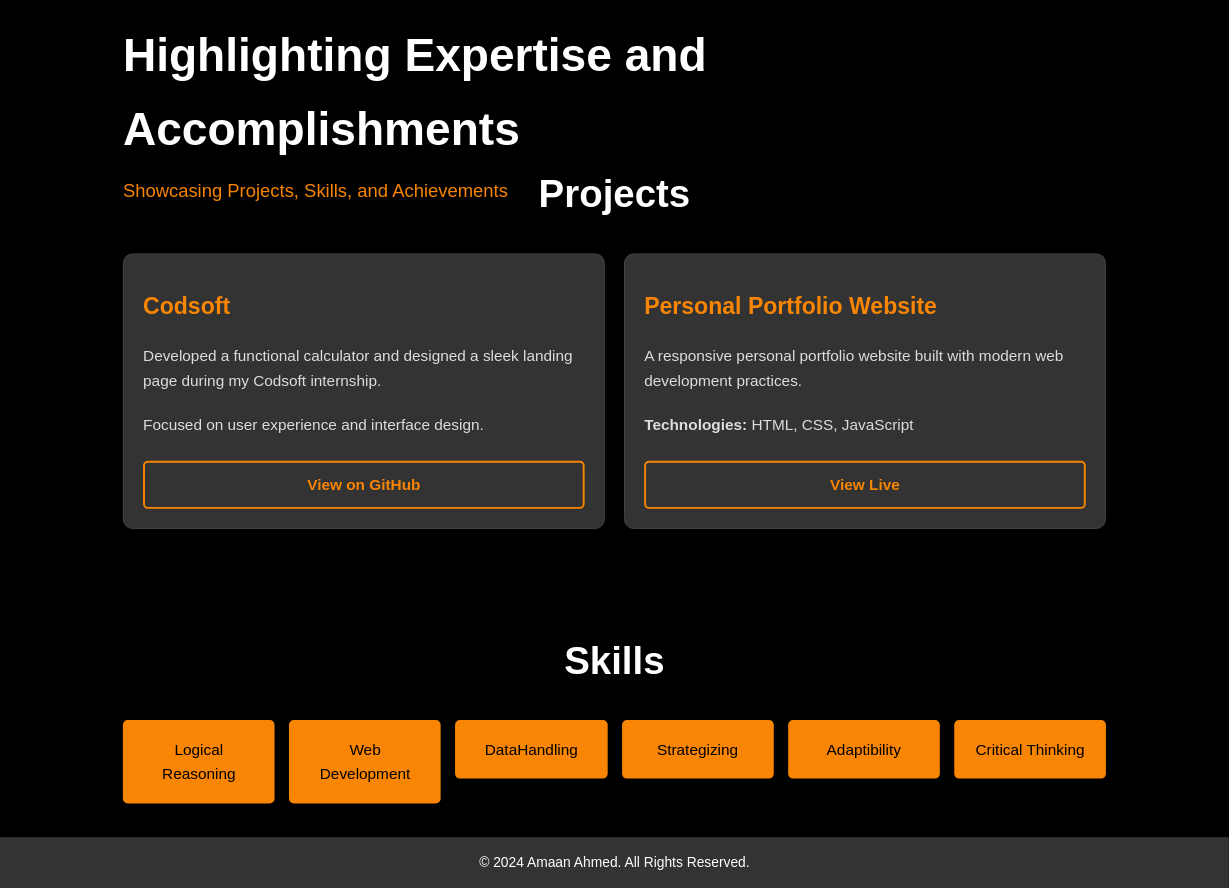
Repository: AmaanLucky/Portfolio
Page: Portfolio-main/portfolio.html
The author's editor kept a copy of each file at every save. The page is drawn from the files as they stood at one save, then again after the next save.
The browser window is 1280 px wide. The pictures show the whole page, at 96% of full size.

Above is the page before, as saved 2025-02-28 19:55:11.

After the next save:
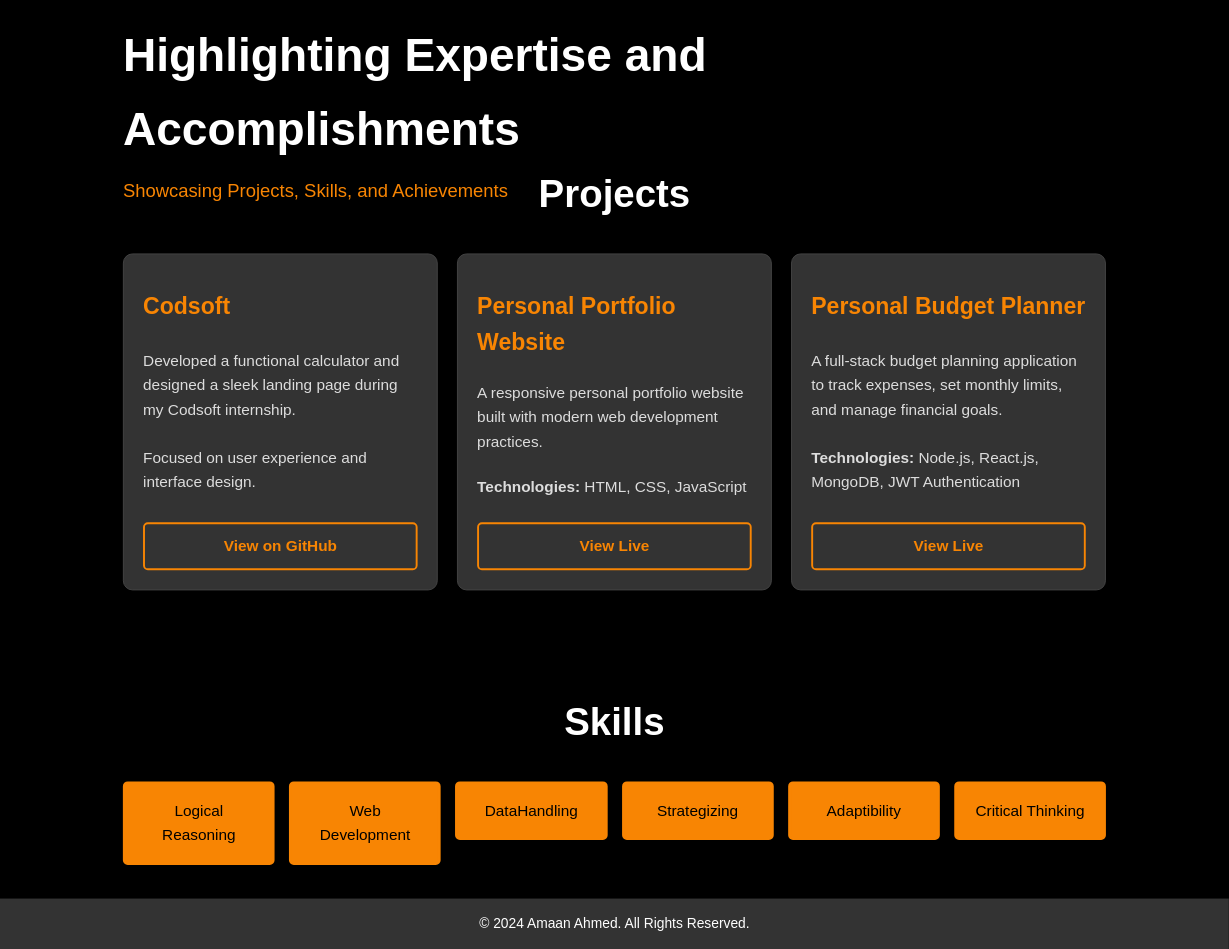
Saved 9 min 56 s later.
--- a/Portfolio-main/portfolio.html
+++ b/Portfolio-main/portfolio.html
@@ -36,28 +36,30 @@
     <div class="project-grid">
       <!-- Project 1 -->
       <div class="project-card">
-        <!-- <img src="project1.jpg" alt="Project 1 Screenshot"> -->
         <h3>Codsoft</h3>
-        <p> Developed a functional calculator and designed a sleek landing page during my Codsoft internship.</p>
-        <p> Focused on user experience and interface design.</p>
+        <p>Developed a functional calculator and designed a sleek landing page during my Codsoft internship.</p>
+        <p>Focused on user experience and interface design.</p>
         <a href="https://github.com/AmaanLucky" target="_blank">View on GitHub</a>
       </div>
 
       <!-- Project 2 -->
       <div class="project-card">
-        <!-- <img src="home.jpg" alt="Project 2 Screenshot">22222222222222222222222222222222222222222222222222222222222222222 -->
-        <h3>
-          Personal Portfolio Website
-        </h3>
+        <h3>Personal Portfolio Website</h3>
         <p>A responsive personal portfolio website built with modern web development practices.</p>
         <p><strong>Technologies:</strong> HTML, CSS, JavaScript</p>
         <a href="index.html" target="_blank">View Live</a>
       </div>
 
-      <!-- Project 3 -->
-
+      <!-- Project 3: Personal Budget Planner -->
+      <div class="project-card">
+        <h3>Personal Budget Planner</h3>
+        <p>A full-stack budget planning application to track expenses, set monthly limits, and manage financial goals.</p>
+        <p><strong>Technologies:</strong> Node.js, React.js, MongoDB, JWT Authentication</p>
+        <a href="https://wealhtio.onrender.com" target="_blank">View Live</a>
+      </div>
     </div>
   </section>
+
 
   <section class="skills-section">
     <h2>Skills</h2>
